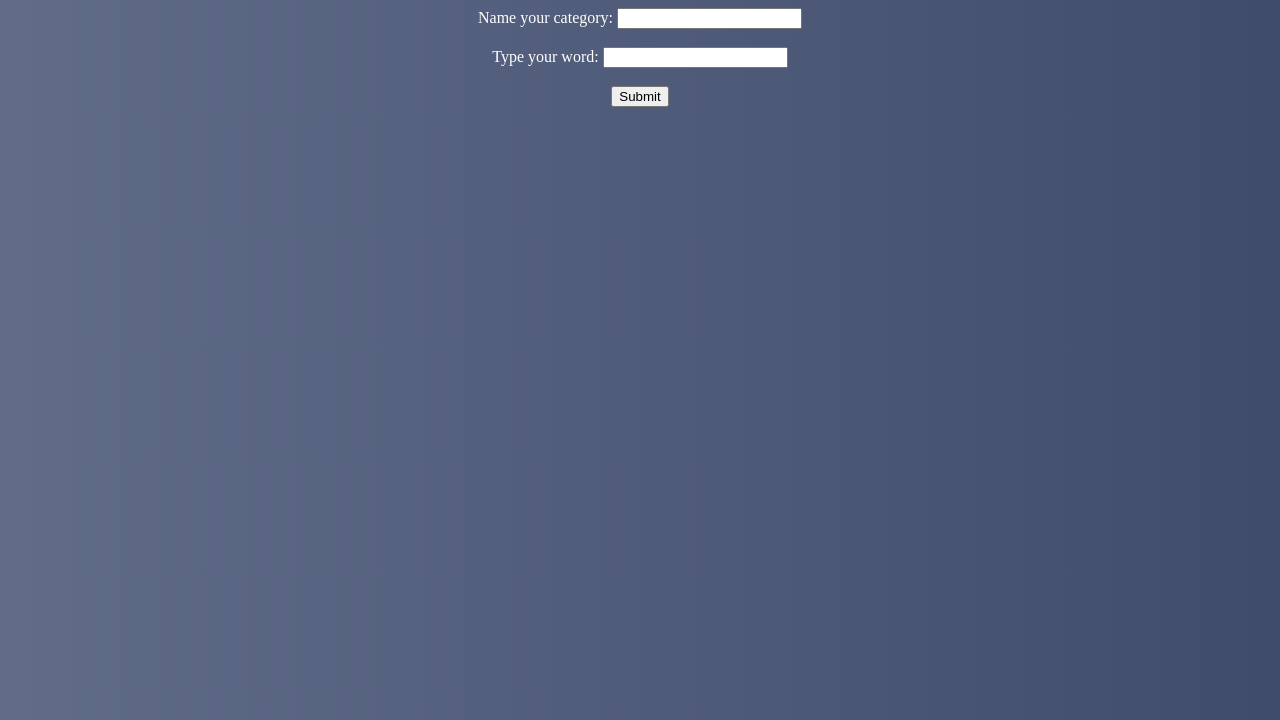
Repository: Darkingfired/Game
Page: index.html
These files come from the project's save history. The page is drawn as it stood at one moment and after the next save; the edit follows.
The browser window is 1280 px wide. The pictures show the whole page.

Above is the page before, as saved 2022-09-04 14:43:44.
Console error: ReferenceError: readLine is not defined

After the next save:
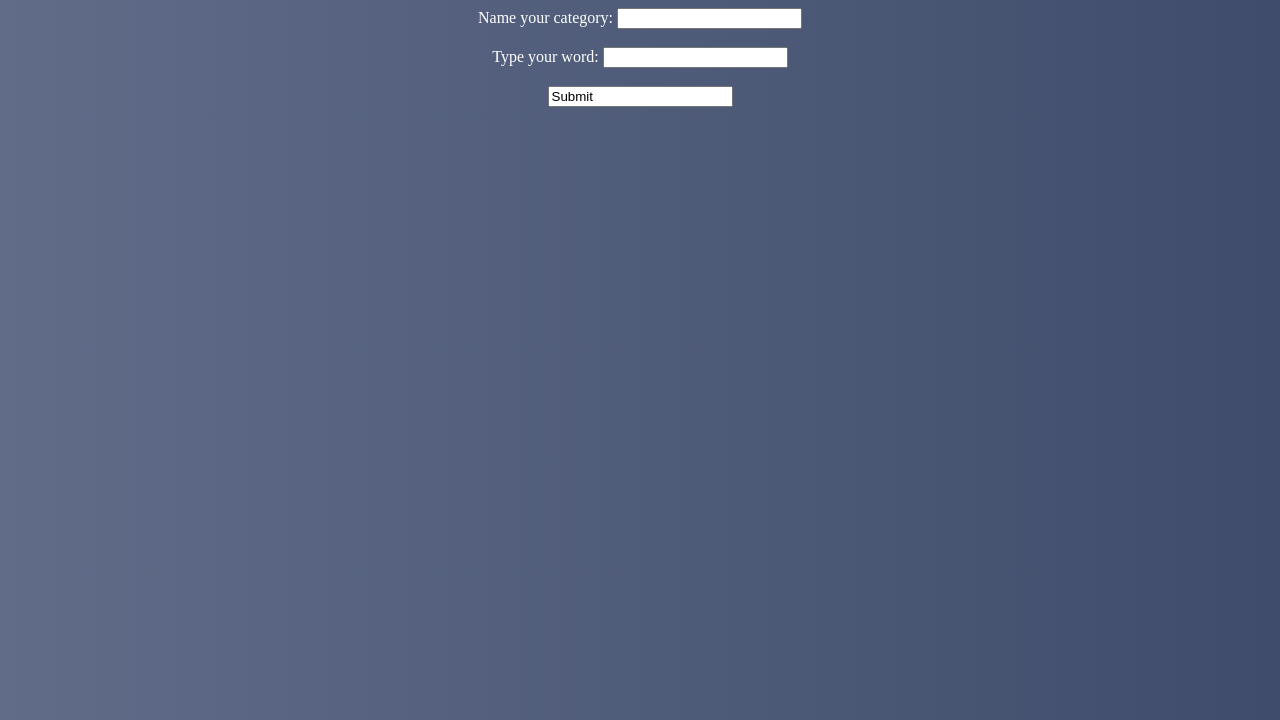
Saved 63 s later.
--- a/index.html
+++ b/index.html
@@ -14,7 +14,7 @@
       <input type="text" id="fname" name="fname"><br><br>
       <label for="lname">Type your word:</label>
       <input type="text" id="lname" name="lname"><br><br>
-      <input type="submit" value="Submit">
+      <input type="Start" value="Submit">
     </form>
     <!-- <button class="button button4"><a>click here</a></button> -->
   </body>
